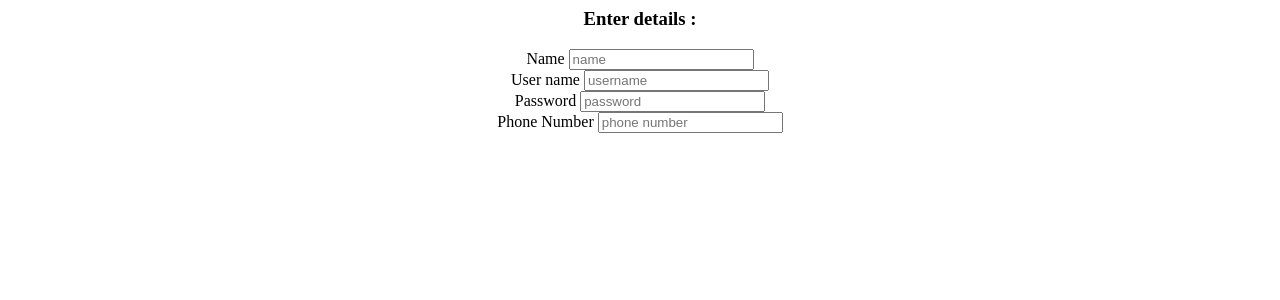
Repository: ApoorvaMishra4/Bootcamp
Page: http://localhost/Login/
These files come from the project's save history. The page is drawn as it stood at one moment and after the next save; the edit follows.
The browser window is 1280 px wide. The pictures show the whole page.
The page is served by Tomcat 9.

Above is the page before, as saved 2018-08-09 03:55:53.

After the next save:
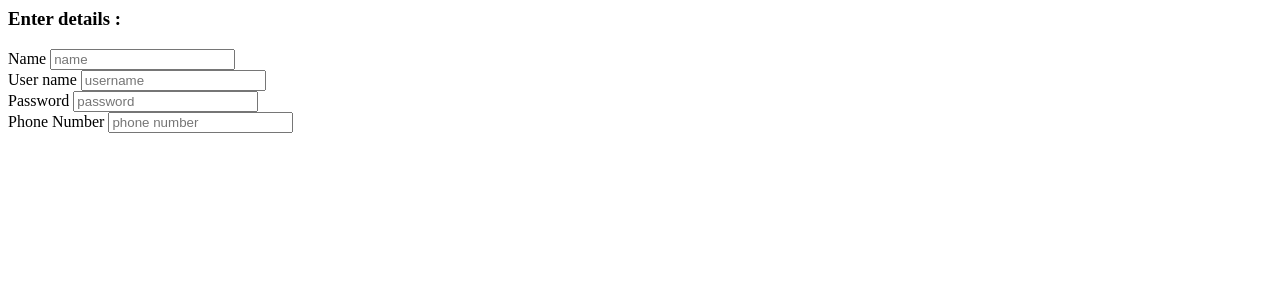
Saved 12 s later.
--- a/Login/src/main/webapp/index.jsp
+++ b/Login/src/main/webapp/index.jsp
@@ -1,9 +1,6 @@
 <html>
 <head>
 <style>
-form {
-text-align : center;
-}
 </style>
 </head>
 <body>
